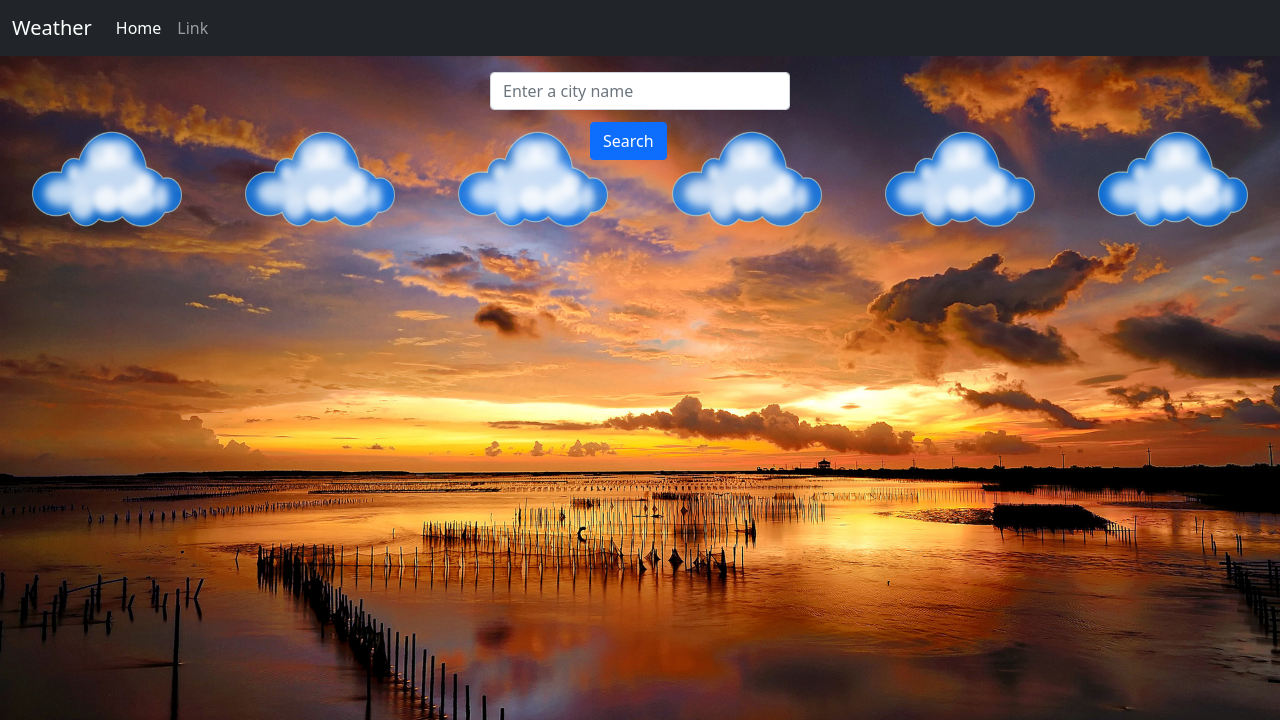
Repository: rohitbharti258/Project_Weather_finder
Page: index.html
The author's editor kept a copy of each file at every save. The page is drawn from the files as they stood at one save, then again after the next save.
The browser window is 1280 px wide. The pictures show the whole page.

Above is the page before, as saved 2022-02-28 13:00:17.

After the next save:
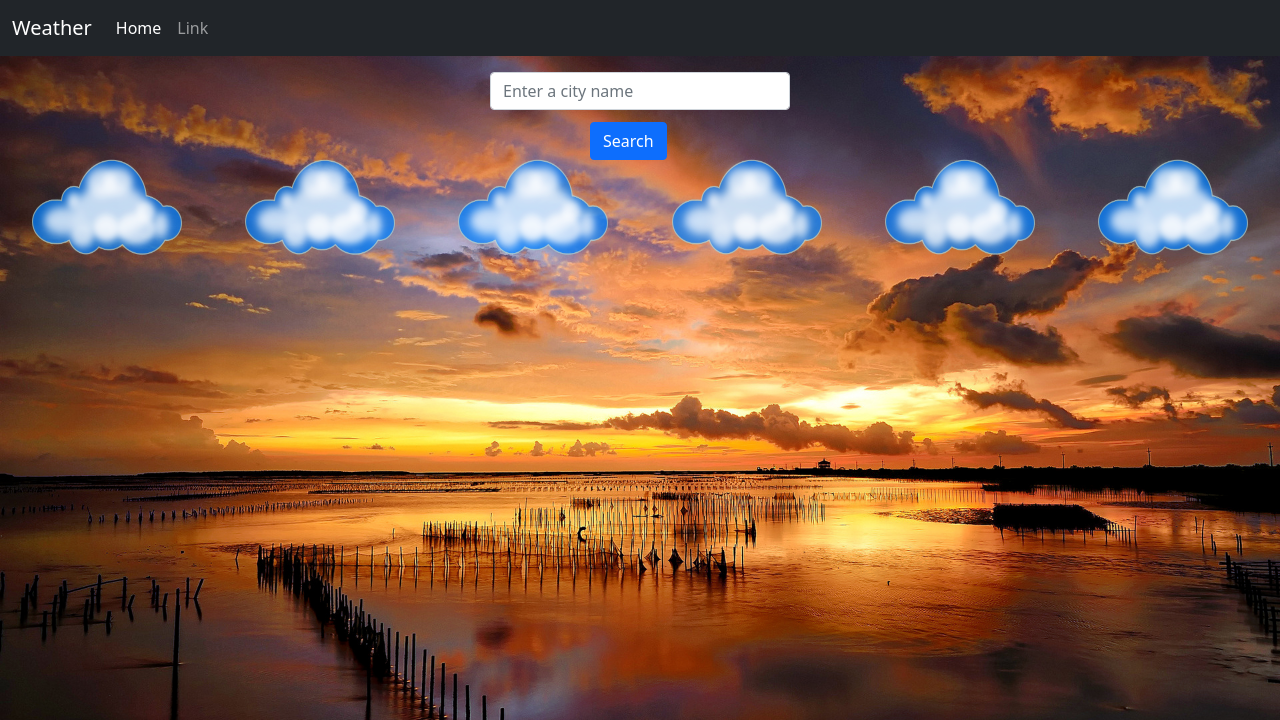
Saved 8 s later.
--- a/style.css
+++ b/style.css
@@ -23,7 +23,7 @@ body {
 }
 @keyframes cloud {
     0%{
-        bottom: 100px;
+        bottom: 0px;
     }
     100%{
         bottom:90%;
